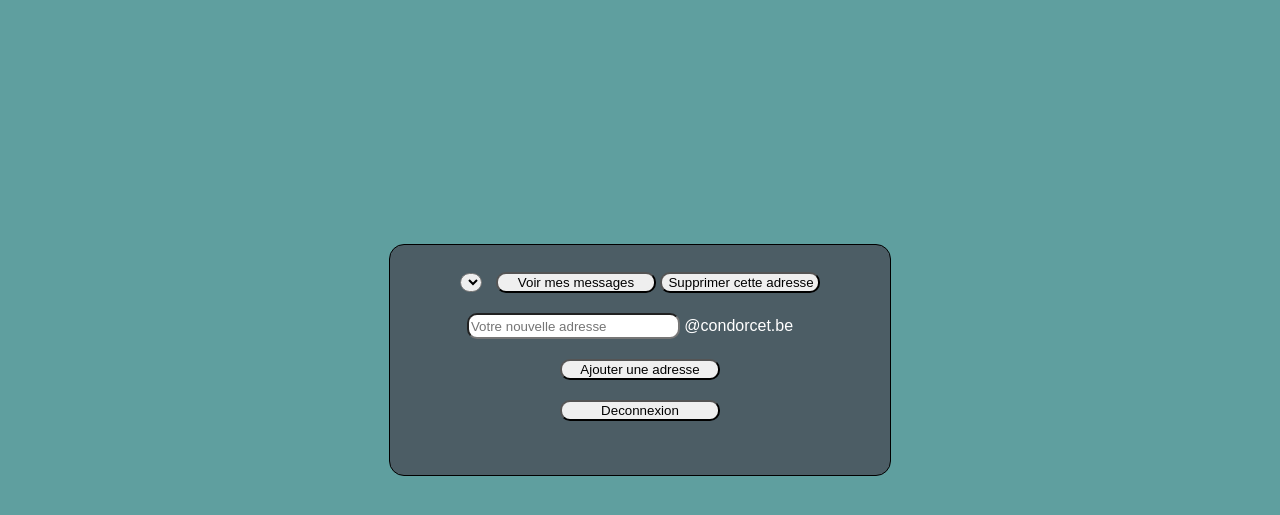
Repository: N1portekoi/JEE
Page: http://localhost/WebMail/JSP/AdressesIndesirables.jsp
The author's editor kept a copy of each file at every save. The page is drawn from the files as they stood at one save, then again after the next save.
The browser window is 1280 px wide. The pictures show the whole page.
The page is served by Tomcat 9.

Above is the page before, as saved 2017-01-12 17:04:45.

After the next save:
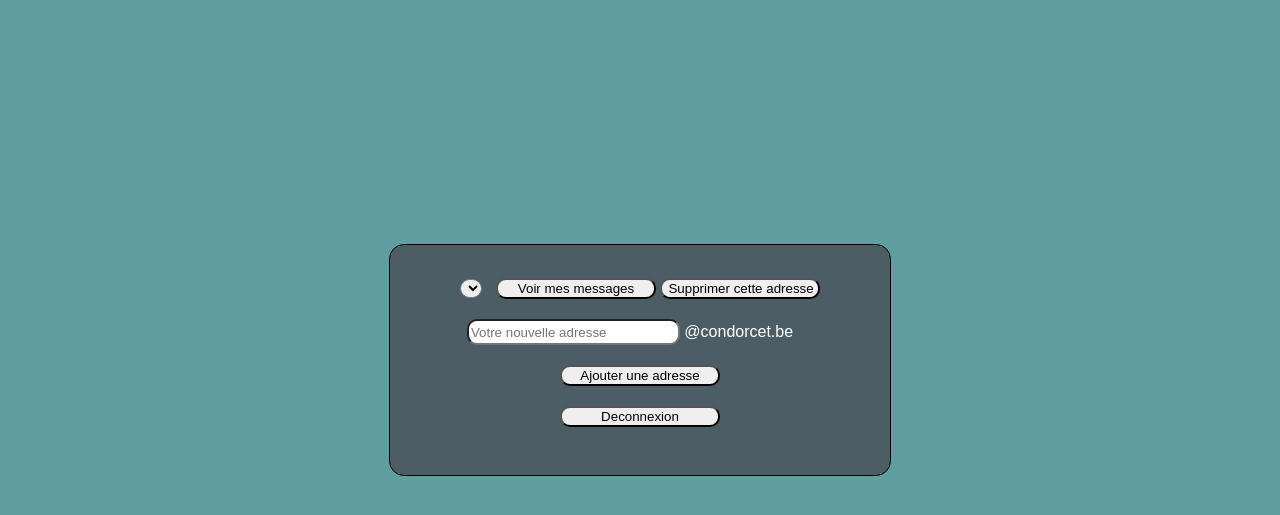
Saved 2 s later.
--- a/WebMail/WebContent/JSP/AdressesIndesirables.jsp
+++ b/WebMail/WebContent/JSP/AdressesIndesirables.jsp
@@ -8,7 +8,7 @@
 </head>
 <body>
 	<div id="main">
-		<p>${sessionScope.utilisateur.prenom} ${sessionScope.utilisateur.nom}</p>
+		<p class="utilisateur">${sessionScope.utilisateur.prenom} ${sessionScope.utilisateur.nom}</p>
 		<form method="POST" action="Adresses">
 			<select name="selectAdresse">
 				<c:forEach items="${sessionScope.utilisateur.adresses}" var="adresse">

After the save that followed:
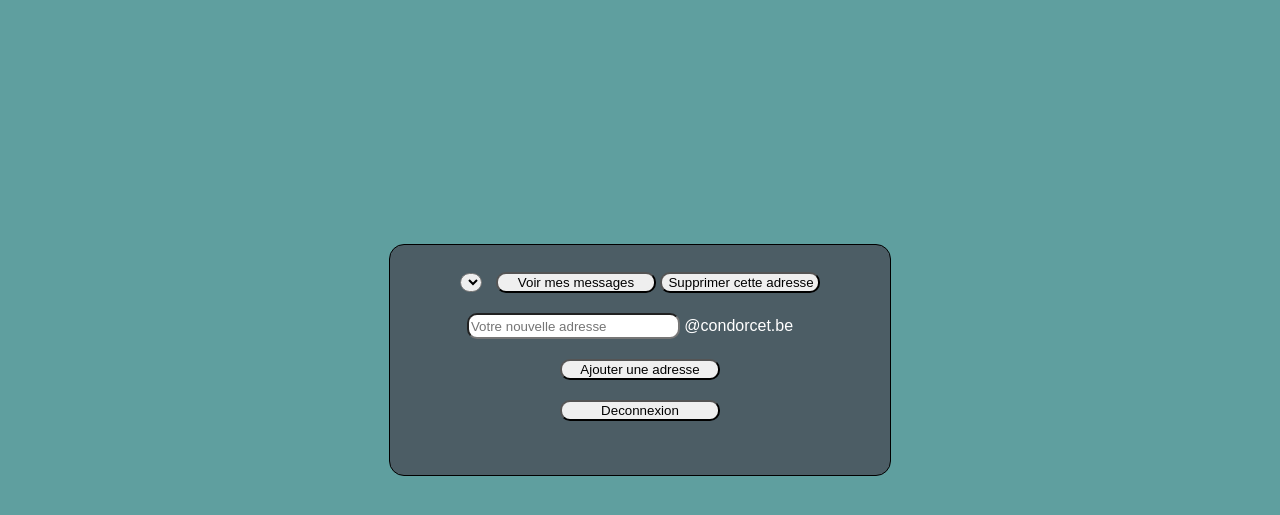
Saved 2 min 8 s later.
--- a/WebMail/WebContent/CSS/Adresses.css
+++ b/WebMail/WebContent/CSS/Adresses.css
@@ -40,9 +40,9 @@ p
 
 .utilisateur
 {
-  font-size 20;
-  font-family : impact;
-  margin-left : 10px;
+  font-size 22;
+  font-family : cubic.ttf;
+  margin-left : 15px;
 }
 
 form
